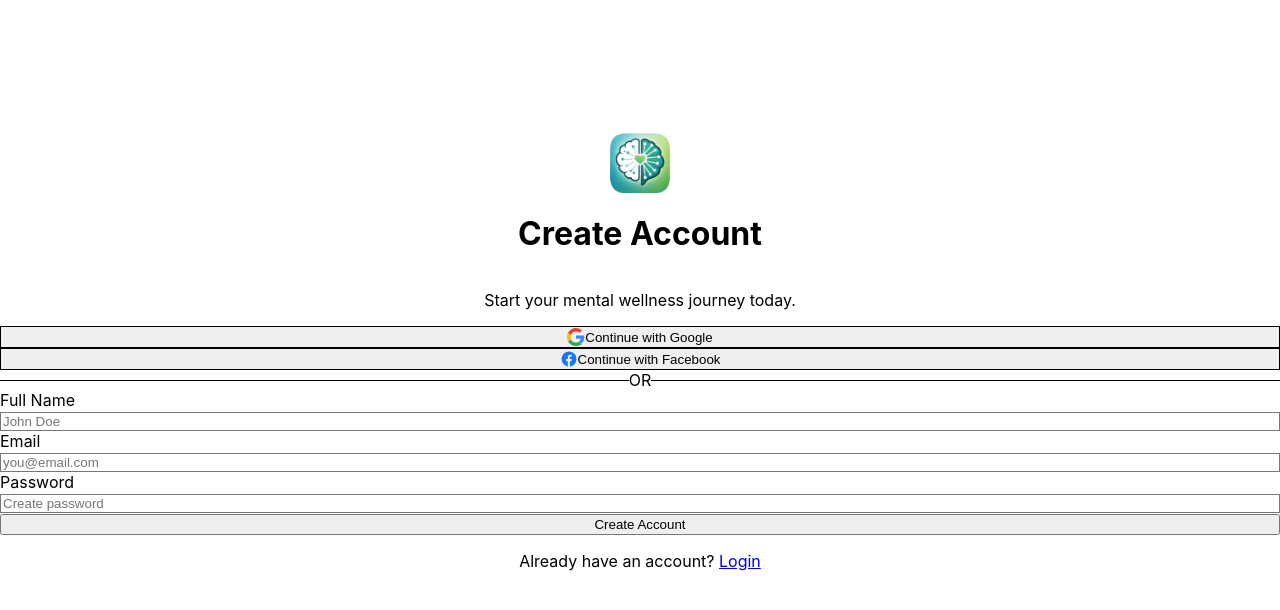
Repository: PhantomMiles/therabuddy
Page: /signup
These files come from the project's save history. The page is drawn as it stood at one moment and after the next save; the edit follows.
The browser window is 1280 px wide. The pictures show the whole page.
The project was rebuilt for these pictures with package versions that can differ from the ones it lists, and the page was loaded fresh each time. The framework's server and built-in components were replaced by stand-ins that run in the browser. Also part of the build but not shown: next.config.ts.

Above is the page before, as saved 2026-03-09 18:41:22.

### src/app/layout.tsx
import type { Metadata } from "next";
import { Geist, Geist_Mono } from "next/font/google";
import "./globals.css";

// fontawesome setup (prevent auto CSS insertion)
import { config } from '@fortawesome/fontawesome-svg-core';
import '@fortawesome/fontawesome-svg-core/styles.css';
config.autoAddCss = false;

const geistSans = Geist({
  variable: "--font-geist-sans",
  subsets: ["latin"],
});

const geistMono = Geist_Mono({
  variable: "--font-geist-mono",
  subsets: ["latin"],
});

export const metadata = {
 title: "Therabuddy",
 description: "AI-powered mental health diagnostic assistant",
 icons: {
  icon: "/therabuddy.png",
 },
}

export default function RootLayout({
  children,
}: {
  children: React.ReactNode
}) {
  return (
    <html lang="en" suppressHydrationWarning>
      <body
        className={`${geistSans.variable} ${geistMono.variable} antialiased`}
      >
        {children}
      </body>
    </html>
  )
}

### src/app/signup/page.tsx
"use client";

import { useState } from "react";
import { signIn } from "next-auth/react";
import Link from "next/link";
import Image from "next/image";

import { FontAwesomeIcon } from "@fortawesome/react-fontawesome";
import { faGoogle, faFacebook } from "@fortawesome/free-brands-svg-icons";

export default function SignupPage() {

  const [name,setName] = useState("");
  const [email,setEmail] = useState("");
  const [password,setPassword] = useState("");

  const handleSubmit = (e:React.FormEvent) => {
    e.preventDefault();
    console.log({name,email,password});
  };

  return (
    <main className="flex min-h-screen items-center justify-center bg-gray-50 dark:bg-black p-6">

      <div className="w-full max-w-md rounded-2xl bg-white dark:bg-neutral-900 shadow-xl p-8 space-y-6">

        <div className="flex flex-col items-center space-y-3">
          <Image src="/therabuddy.png" alt="Therabuddy" width={60} height={60}/>
          <h1 className="text-2xl font-bold">Create Account</h1>
          <p className="text-sm text-gray-500 text-center">
            Start your mental wellness journey today.
          </p>
        </div>

        {/* SOCIAL SIGNUP */}

        <div className="space-y-3">

          <button onClick={() => signIn("google")} className="flex items-center justify-center gap-3 w-full border rounded-lg py-3 hover:bg-gray-50 dark:hover:bg-neutral-800 transition">

            {/* Google Icon */}
            <svg width="18" height="18" viewBox="0 0 48 48">
              <path fill="#EA4335" d="M24 9.5c3.54 0 6.69 1.22 9.19 3.6l6.85-6.85C35.82 2.46 30.31 0 24 0 14.62 0 6.51 5.38 2.56 13.22l7.98 6.2C12.32 13.21 17.72 9.5 24 9.5z"/>
              <path fill="#4285F4" d="M46.1 24.5c0-1.64-.15-3.21-.43-4.73H24v9h12.46c-.54 2.89-2.19 5.33-4.66 6.99l7.18 5.59C43.99 37.05 46.1 31.31 46.1 24.5z"/>
              <path fill="#FBBC05" d="M10.54 28.42c-.5-1.49-.79-3.09-.79-4.92s.29-3.43.79-4.92l-7.98-6.2C.92 16.41 0 20.06 0 24c0 3.94.92 7.59 2.56 10.62l7.98-6.2z"/>
              <path fill="#34A853" d="M24 48c6.31 0 11.62-2.08 15.49-5.66l-7.18-5.59c-2.01 1.35-4.58 2.15-8.31 2.15-6.28 0-11.68-3.71-13.46-9.17l-7.98 6.2C6.51 42.62 14.62 48 24 48z"/>
            </svg>

            Continue with Google
          </button>

          <button onClick={() => signIn("facebook")} className="flex items-center justify-center gap-3 w-full border rounded-lg py-3 hover:bg-gray-50 dark:hover:bg-neutral-800 transition">

            {/* Facebook Icon */}
            <svg width="18" height="18" viewBox="0 0 24 24" fill="#1877F2">
              <path d="M22 12a10 10 0 1 0-11.56 9.87v-6.99h-2.2V12h2.2V9.8c0-2.18 1.3-3.39 3.3-3.39.96 0 1.96.17 1.96.17v2.15h-1.1c-1.09 0-1.43.68-1.43 1.38V12h2.44l-.39 2.88h-2.05v6.99A10 10 0 0 0 22 12z"/>
            </svg>

            Continue with Facebook
          </button>

        </div>

        <div className="flex items-center gap-3 text-gray-400 text-sm">
          <div className="flex-1 border-t"></div>
          OR
          <div className="flex-1 border-t"></div>
        </div>

        {/* FORM */}

        <form onSubmit={handleSubmit} className="space-y-4">

          <div>
            <label className="text-sm font-medium">Full Name</label>
            <input
              type="text"
              required
              placeholder="John Doe"
              className="w-full mt-1 rounded-lg border p-3 focus:outline-none focus:ring-2 focus:ring-black dark:bg-neutral-800"
              value={name}
              onChange={(e)=>setName(e.target.value)}
            />
          </div>

          <div>
            <label className="text-sm font-medium">Email</label>
            <input
              type="email"
              required
              placeholder="you@email.com"
              className="w-full mt-1 rounded-lg border p-3 focus:outline-none focus:ring-2 focus:ring-black dark:bg-neutral-800"
              value={email}
              onChange={(e)=>setEmail(e.target.value)}
            />
          </div>

          <div>
            <label className="text-sm font-medium">Password</label>
            <input
              type="password"
              required
              placeholder="Create password"
              className="w-full mt-1 rounded-lg border p-3 focus:outline-none focus:ring-2 focus:ring-black dark:bg-neutral-800"
              value={password}
              onChange={(e)=>setPassword(e.target.value)}
            />
          </div>

          <button
            type="submit"
            className="w-full rounded-lg bg-black text-white py-3 font-medium hover:opacity-90 transition"
          >
            Create Account
          </button>

        </form>

        <p className="text-sm text-center text-gray-500">
          Already have an account?{" "}
          <Link href="/login" className="font-semibold text-black dark:text-white">
            Login
          </Link>
        </p>

      </div>

    </main>
  );
}

Loaded but not shown: src/app/globals.css (common file)

After the next save:
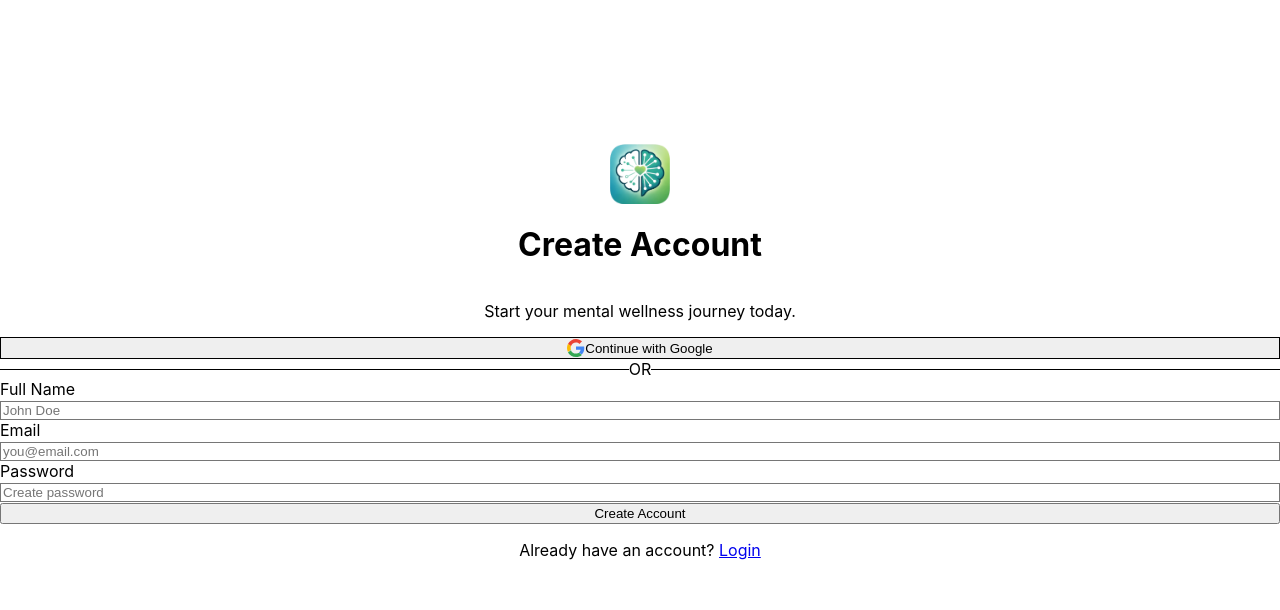
Saved 11 min 10 s later.
--- a/src/app/signup/page.tsx
+++ b/src/app/signup/page.tsx
@@ -49,15 +49,7 @@
             Continue with Google
           </button>
 
-          <button onClick={() => signIn("facebook")} className="flex items-center justify-center gap-3 w-full border rounded-lg py-3 hover:bg-gray-50 dark:hover:bg-neutral-800 transition">
 
-            {/* Facebook Icon */}
-            <svg width="18" height="18" viewBox="0 0 24 24" fill="#1877F2">
-              <path d="M22 12a10 10 0 1 0-11.56 9.87v-6.99h-2.2V12h2.2V9.8c0-2.18 1.3-3.39 3.3-3.39.96 0 1.96.17 1.96.17v2.15h-1.1c-1.09 0-1.43.68-1.43 1.38V12h2.44l-.39 2.88h-2.05v6.99A10 10 0 0 0 22 12z"/>
-            </svg>
-
-            Continue with Facebook
-          </button>
 
         </div>
 
